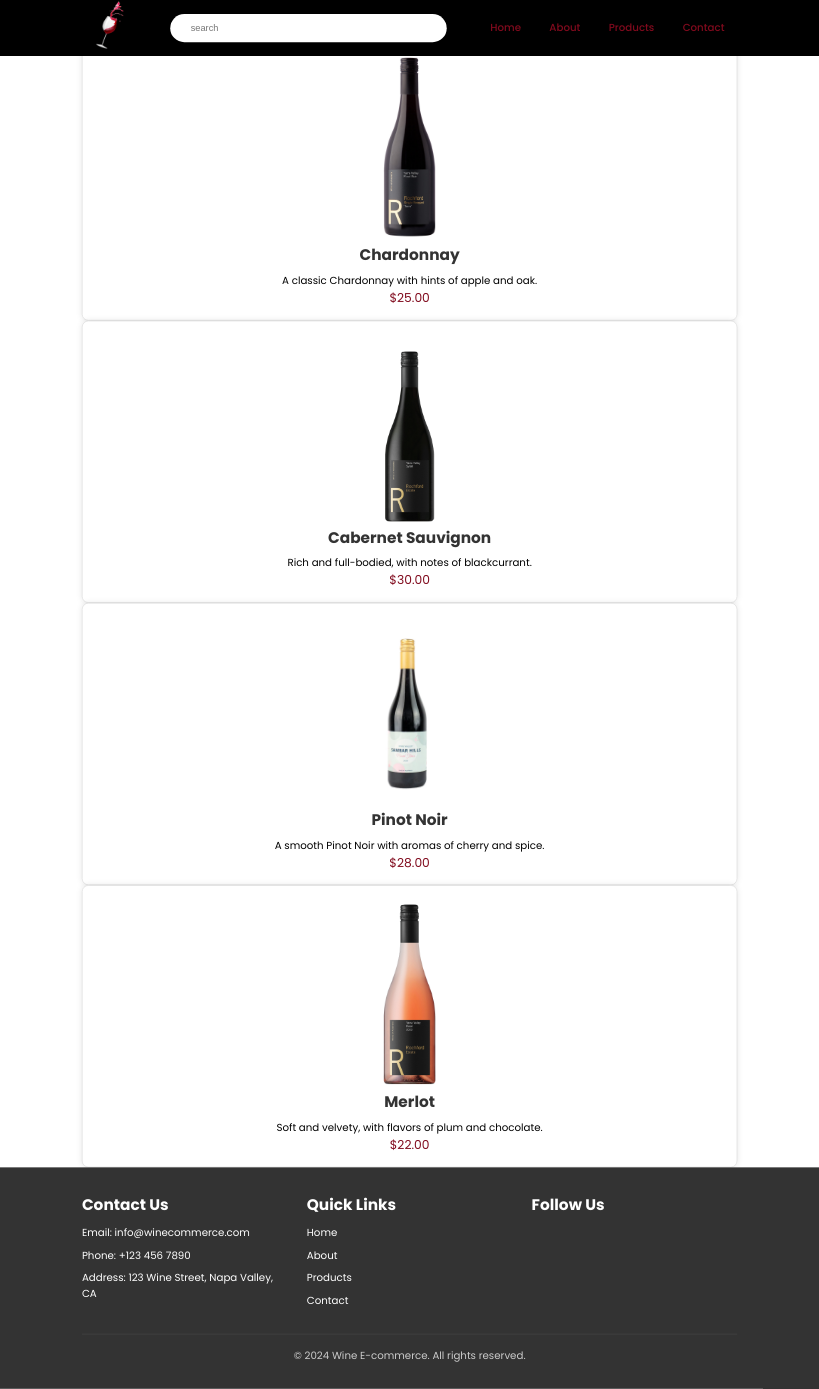
Repository: vncntxl/assesment3
Page: products.html
An editor plug-in stored every save of this project. The page is shown before and after the next save, followed by the edit.
The browser window is 1280 px wide. The pictures show the whole page, at 64% of full size.

Above is the page before, as saved 2024-08-22 13:24:45.

### products.html
<!DOCTYPE html>
<html lang="en">

<head>
    <meta charset="UTF-8">
    <meta name="viewport" content="width=device-width, initial-scale=1.0">
    <title>Products - Wine E-commerce</title>
    <link rel="stylesheet" href="styles.css">
</head>

<body>
    <!-- START OF NAVBAR -->
    <nav class="nav">
        <div class="container">
            <a href="index.html">
                <img class="logo" src="images/logo.png" alt="Logo">
            </a>
            <div class="search-bar">
                <i class="uil uil-search"></i>
                <input type="search" placeholder="search">
            </div>
            <ul>
                <li><a href="index.html">Home</a></li>
                <li><a href="about.html">About</a></li>
                <li><a href="products.html" class="active">Products</a></li>
                <li><a href="#">Contact</a></li>
            </ul>
        </div>
    </nav>
    <!-- END OF NAVBAR -->

    <!-- START OF PRODUCTS SECTION -->
    <section class="products-hero">
        <div class="container">
            <h1>Our Wines</h1>
            <p>Explore our carefully curated selection of wines from around the world.</p>
        </div>
    </section>

    <section class="product-grid container">
        <div class="product-card">
            <img src="images/wine1.jpg" alt="Chardonnay">
            <h3>Chardonnay</h3>
            <p class="description">A classic Chardonnay with hints of apple and oak.</p>
            <p class="price">$25.00</p>
        </div>

        <div class="product-card">
            <img src="images/wine2.png" alt="Cabernet Sauvignon">
            <h3>Cabernet Sauvignon</h3>
            <p class="description">Rich and full-bodied, with notes of blackcurrant.</p>
            <p class="price">$30.00</p>
        </div>

        <div class="product-card">
            <img src="images/wine3.webp" alt="Pinot Noir">
            <h3>Pinot Noir</h3>
            <p class="description">A smooth Pinot Noir with aromas of cherry and spice.</p>
            <p class="price">$28.00</p>
        </div>

        <div class="product-card">
            <img src="images/wine4.jpg" alt="Merlot">
            <h3>Merlot</h3>
            <p class="description">Soft and velvety, with flavors of plum and chocolate.</p>
            <p class="price">$22.00</p>
        </div>

        <!-- Add more product cards as needed -->
    </section>
    <!-- END OF PRODUCTS SECTION -->

    <!-- START OF FOOTER -->
    <footer class="footer">
        <div class="container">
            <div class="footer-columns">
                <div class="footer-column">
                    <h3>Contact Us</h3>
                    <ul>
                        <li>Email: info@winecommerce.com</li>
                        <li>Phone: +123 456 7890</li>
                        <li>Address: 123 Wine Street, Napa Valley, CA</li>
                    </ul>
                </div>
                <div class="footer-column">
                    <h3>Quick Links</h3>
                    <ul>
                        <li><a href="index.html">Home</a></li>
                        <li><a href="about.html">About</a></li>
                        <li><a href="products.html">Products</a></li>
                        <li><a href="#">Contact</a></li>
                    </ul>
                </div>
                <div class="footer-column">
                    <h3>Follow Us</h3>
                    <ul class="social-links">
                        <li><a href="#"><i class="uil uil-facebook-f"></i></a></li>
                        <li><a href="#"><i class="uil uil-twitter"></i></a></li>
                        <li><a href="#"><i class="uil uil-instagram"></i></a></li>
                        <li><a href="#"><i class="uil uil-linkedin-alt"></i></a></li>
                    </ul>
                </div>
            </div>
            <p class="footer-note">&copy; 2024 Wine E-commerce. All rights reserved.</p>
        </div>
    </footer>
    <!-- END OF FOOTER -->

</body>

</html>

### styles.css
/* font */
@import url('https://fonts.googleapis.com/css2?family=Poppins:ital,wght@0,100;0,200;0,300;0,400;0,500;0,600;0,700;0,800;0,900;1,100;1,200;1,300;1,400;1,500;1,600;1,700;1,800;1,900&display=swap');

* {
    padding: 0;
    margin: 0;
    box-sizing: border-box;
    outline: none;
    border: none;
}

body {
    font-family: 'Poppins', sans-serif;
}

.container {
    width: 80%;
    margin: 0 auto;
}

nav {
    width: 100%;
    background-color: black;
    padding: 0.7 rem 0;
    position: fixed;
    top: 0;
    z-index: 10;
}

.logo {
    max-width: 90px;
}

nav .container {
    display: flex;
    align-items: center;
    justify-content: space-between;
}

.search-bar {
    background-color: #fff;
    border-radius: 2rem;
    padding: 0.6rem 1rem;
    margin: 15px;
}

.search-bar input[type="search"] {
    background: transparent;
    width: 30vw;
    margin-left: 1rem;
    font-size: 0.9rem;
    color: #800A1D;

}

nav li {
    display: inline-block;
    padding: 0 20px;
}

nav li a {
    text-decoration: none;
    color: #800A1D;
    font-weight: 500;
}

.hero-section {
    margin-top: 85px;
}

.white-image {
    background-image: url(images/white.jpg);
}

.red-image {
    background-image: url(images/red.jpg);

}

.rose-image {
    background-image: url(images/rose.jpg);

}

.sparkling-image {
    background-image: url(images/white.jpg);

}

.carousel {
    background: #EEE;
    font-size: 80px;
    color: #fff;
    font-weight: 600;
    max-height: 500px;
    margin-bottom: 50px;
}
.carousel-cell {
    width: 100%;
    height: 500px;
    display: flex;
    align-items: center;
    justify-content: center;
    background-size: cover;
    background-position: center;
    background-repeat: no-repeat;
    transition: opacity 0.3s ease;
}

/* cell number */
.carousel-cell:before {
    display: block;
    text-align: center;
    line-height: 200px;
    font-size: 80px;
    color: white;
}


/* big buttons, no circle */
.flickity-prev-next-button {
    width: 50px;
    height: 50px;
    background: rgba(255, 255, 255, 0.5);
    position: absolute;
    top: 50%;
    transform: translateY(-50%);
    z-index: 1000;
}

/* arrow color */
.flickity-prev-next-button .arrow {
    fill: white;
}

.flickity-prev-next-button.no-svg {
    color: white;
}

.flickity-prev-next-button:hover {
    background: transparent;
}

/* hide disabled button */
.flickity-prev-next-button:disabled {
    display: none;
}
/* Start of main content section */
.main-content {
    margin: 0px px;
}

.featured-products {
    text-align: center;
    margin-bottom: 50px;
}

.featured-products h2 {
    font-size: 2.5rem;
    color: #800A1D;
}

.products {
    display: grid;
    grid-template-columns: repeat(auto-fit, minmax(250px, 1fr));
    gap: 20px;
    margin-top: 20px;
}

.product-card {
    background-color: #fff;
    border: 1px solid #ddd;
    border-radius: 10px;
    overflow: hidden;
    box-shadow: 0px 0px 10px rgba(0, 0, 0, 0.1);
    transition: transform 0.3s ease;
    text-align: center;
    padding: 20px;
}

.product-card img {
    width: 100%;
    height: 300px;
    object-fit: contain;
    display: block;
    margin: 0 auto;
}


.product-card h3 {
    font-size: 1.5rem;
    color: #333;
    margin-bottom: 10px;
}

.product-card .price {
    font-size: 1.2rem;
    color: #800A1D;
}

.product-card:hover {
    transform: translateY(-5px);
}

/* About Us Section */
.about-us {
    text-align: center;
    padding: 50px 50px;
    width: 100%;
}

.about-us h2 {
    font-size: 2.5rem;
    color: #800A1D;
    margin-bottom: 20px;
}

.about-us p {
    font-size: 1.1rem;
    color: #666;
    margin-bottom: 30px;
}

.about-us .btn {
    display: inline-block;
    background-color: #800A1D;
    color: #fff;
    padding: 10px 20px;
    border-radius: 20px;
    text-decoration: none;
    transition: background-color 0.3s ease;
}

.about-us .btn:hover {
    background-color: #a00;
}

/* Footer Styles */
.footer {
    background-color: #333;
    color: #fff;
    padding: 40px 0;
    text-align: left;
}

.footer-columns {
    display: grid;
    grid-template-columns: repeat(auto-fit, minmax(200px, 1fr));
    gap: 30px;
    margin-bottom: 30px;
}

.footer-column h3 {
    font-size: 1.5rem;
    margin-bottom: 15px;
}

.footer-column ul {
    list-style: none;
}

.footer-column ul li {
    margin-bottom: 10px;
}

.footer-column ul li a {
    color: #fff;
    text-decoration: none;
}

.footer-column ul li a:hover {
    text-decoration: underline;
}

.social-links {
    display: flex;
    gap: 10px;
}

.social-links li {
    list-style: none;
}

.social-links li a {
    color: #fff;
    font-size: 1.5rem;
    transition: color 0.3s ease;
}

.social-links li a:hover {
    color: #800A1D;
}

.footer-note {
    text-align: center;
    font-size: 1rem;
    color: #ccc;
    border-top: 1px solid #444;
    padding-top: 20px;
    margin-top: 20px;
}

.about-hero {
    background-image: url('images/about-background.jpg');
    background-size: cover;
    background-position: center;
    padding-bottom: 50px;
    text-align: center;
    color: #fff;
}

.about-hero h1 {
    font-size: 3rem;
    margin-bottom: 20px;
}

.about-hero p {
    font-size: 1.2rem;
    max-width: 700px;
    margin: 0 auto;
}

.about-content {
    display: flex;
    flex-wrap: wrap;
    margin-top: 50px;
}

.about-text {
    flex: 1;
    padding-right: 20px;
}

.about-image {
    flex: 1;
}

.about-image img {
    max-width: 100%;
    border-radius: 10px;
    box-shadow: 0px 0px 20px rgba(0, 0, 0, 0.1);
}

.team {
    text-align: center;
    margin-top: 80px;
}

.team h2 {
    font-size: 2.5rem;
    color: #800A1D;
    margin-bottom: 50px;
}

.team-grid {
    display: grid;
    grid-template-columns: repeat(auto-fit, minmax(200px, 1fr));
    gap: 30px;
}

.team-member {
    text-align: center;
}

.team-member img {
    width: 100%;
    height: auto;
    border-radius: 50%;
    margin-bottom: 15px;
}

.team-member h3 {
    font-size: 1.5rem;
    color: #333;
    margin-bottom: 5px;
}

.team-member p {
    font-size: 1rem;
    color: #777;
}

After the next save:
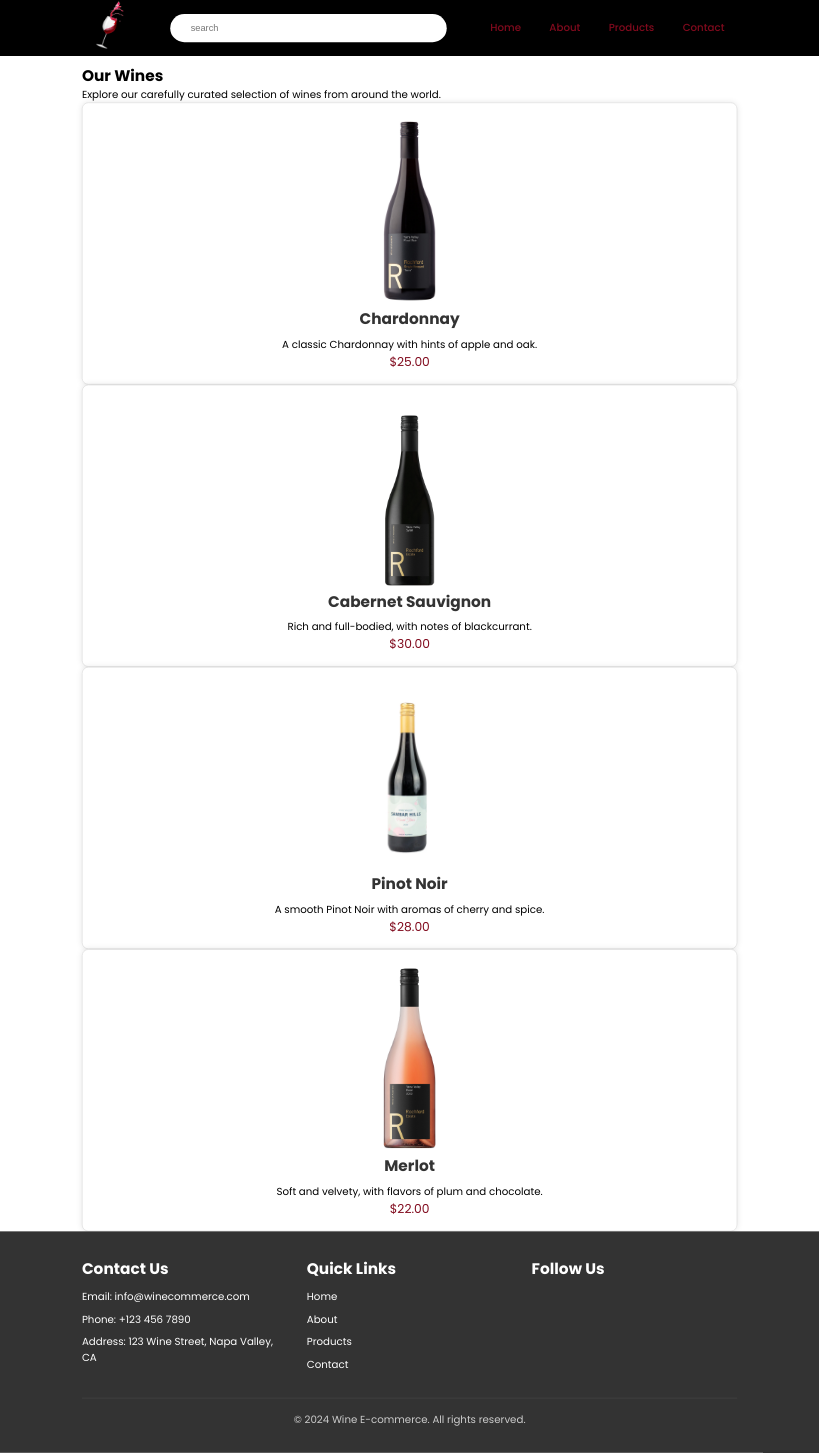
Saved 108 s later.
--- a/styles.css
+++ b/styles.css
@@ -379,3 +379,7 @@ nav li a {
     font-size: 1rem;
     color: #777;
 }
+
+.products-hero{
+    margin-top: 100px;
+}
